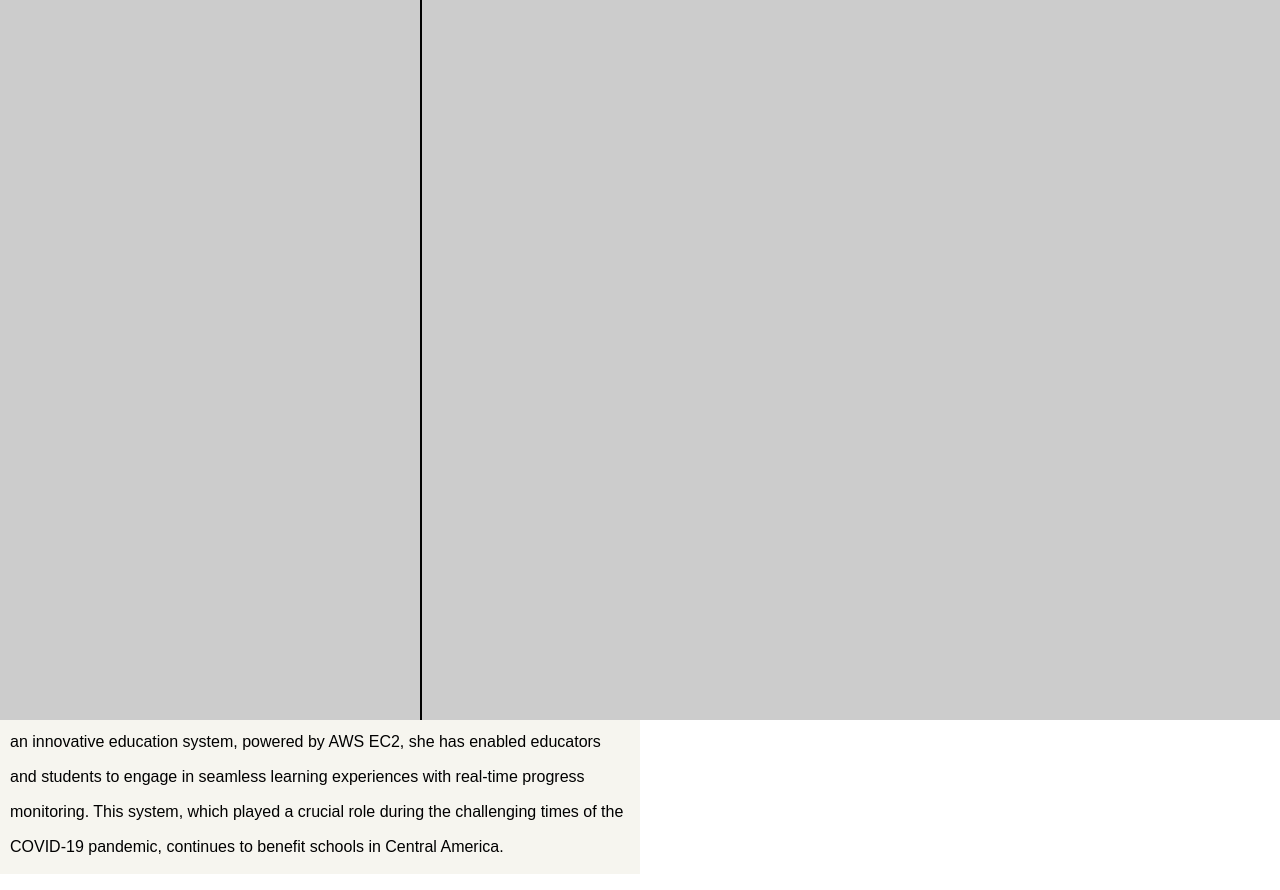
Repository: tessa5/developerPortfolio
Page: public/bio.html
These files come from the project's save history. The page is drawn as it stood at one moment and after the next save; the edit follows.
The browser window is 1280 px wide. The pictures show the whole page.

Above is the page before, as saved 2023-08-08 14:27:48.

After the next save:
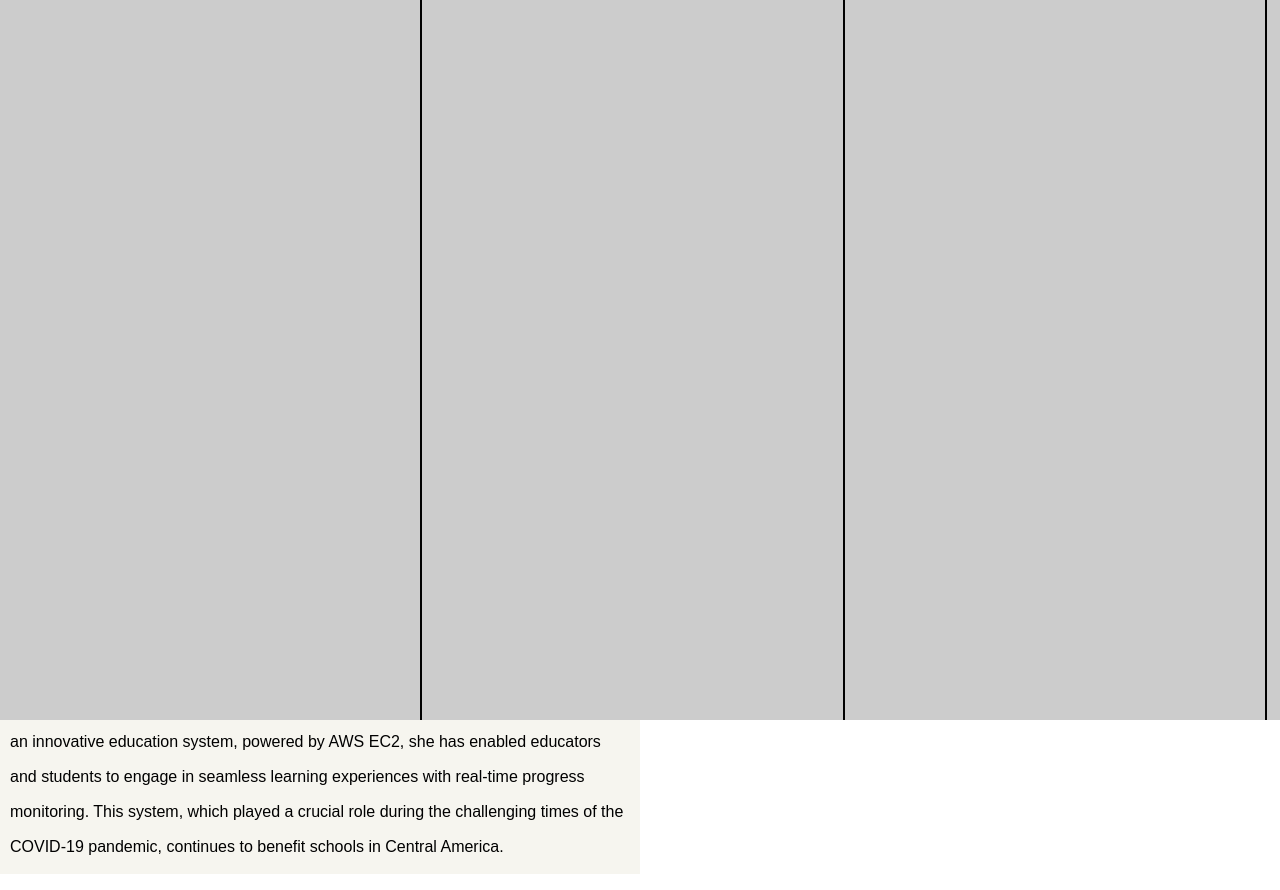
Saved 7 s later.
--- a/public/bio.html
+++ b/public/bio.html
@@ -9,6 +9,8 @@
 <body>
     <section>
         <ul>
+            <li></li>
+            <li></li>
             <li></li>
         </ul>
 
